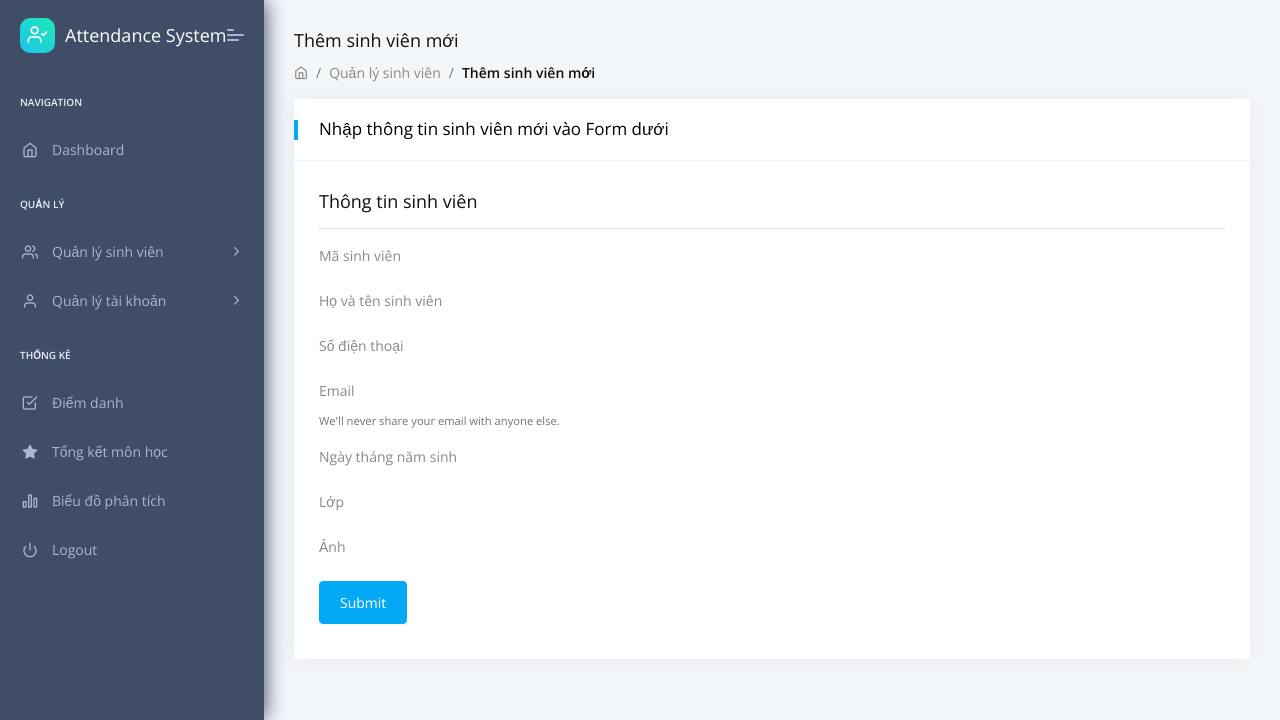
Repository: nguyen-tien-tai12112001/Python_Face_Recognition_Attendance
Page: apps/templates/home/add-student.html
The author's editor kept a copy of each file at every save. The page is drawn from the files as they stood at one save, then again after the next save.
The browser window is 1280 px wide. The pictures show the whole page.
The template is drawn by Flask 3. The application's start-up code is not run. Other server files are loaded and not shown. The template is opened directly, without the code that normally fills it, so the values that code supplies are empty.

Above is the page before, as saved 2022-02-28 11:18:48.

### apps/templates/home/add-student.html
{% extends "layouts/base-admin.html" %}

{% block title %} Add Student {% endblock %}

<!-- Specific CSS goes HERE -->
{% block stylesheets %}{% endblock stylesheets %}

{% block content %}

<div class="pcoded-content">
    <div class="pcoded-inner-content">
        <!-- [ breadcrumb ] start -->
        <div class="page-header">
            <div class="page-block">
                <div class="row align-items-center">
                    <div class="col-md-12">
                        <div class="page-header-title">
                            <h5 class="m-b-10">Thêm sinh viên mới</h5>
                        </div>
                        <ul class="breadcrumb">
                            <li class="breadcrumb-item"><a href="/"><i class="feather icon-home"></i></a></li>
                            <li class="breadcrumb-item"><a href="javascript:">Quản lý sinh viên</a></li>
                            <li class="breadcrumb-item"><a href="javascript:">Thêm sinh viên mới</a></li>
                        </ul>
                    </div>
                </div>
            </div>
        </div>
        <!-- [ breadcrumb ] end -->
        <div class="main-body">
            <div class="page-wrapper">
                <!-- [ Main Content ] start -->
                <div class="row">
                    <div class="col-sm-12">
                        <div class="card">
                            <div class="card-header">
                                <h5>Nhập thông tin sinh viên mới vào Form dưới</h5>
                            </div>
                            <div class="card-body">
                                <h5>Thông tin sinh viên</h5>
                                <hr>
                                {% if success %}
                                <span class="mb-0 text-muted" style="color: mediumspringgreen;">
                                    {% if msg %}
                                    <div class="i-block" data-clipboard-text="feather icon-check" data-filter="feather icon-check"  data-toggle="tooltip" title="">
                                        <a style="color: mediumspringgreen;" class="feather icon-check">{{ msg | safe }}</a>
                                    </div>
                                    {% endif %}
                                </span>
                                {% else %}
                                <span class="mb-0 text-muted" style="color: maroon;">
                                    {% if msg %}
                                    <div class="i-block" data-clipboard-text="feather icon-x" data-filter="feather icon-x"  data-toggle="tooltip" title="">
                                        <a style="color: maroon;" class="feather icon-x">{{ msg | safe }}</a>
                                    </div>
                                    {% endif %}
                                </span>


                                {% endif %}
                                <div class="row">
                                    <div class="col-md-6">

                                        <form role="form" method="post" action="">
                                            {{ form.hidden_tag() }}
                                            <div class="form-group">
                                                <label>Mã sinh viên</label>
                                                {{ form.msv(placeholder="Mã sinh viên", class="form-control") }}

                                            </div>
                                            <div class="form-group">
                                                <label>Họ và tên sinh viên</label>
                                                {{ form.name(placeholder="Họ và tên", class="form-control") }}
                                            </div>
                                            <div class="form-group">
                                                <label>Số điện thoại</label>
                                                {{ form.phone(placeholder="Số điện thoại", class="form-control") }}
                                            </div>
                                            <div class="form-group">
                                                <label for="exampleInputEmail1">Email</label>
                                                {{ form.email(placeholder="Email", class="form-control", type="email") }}
                                                <small id="emailHelp" class="form-text text-muted">We'll never share your email with anyone else.</small>
                                            </div>
                                            <div class="form-group">
                                                <label>Ngày tháng năm sinh</label>
                                                {{ form.DOBs(placeholder="", class="form-control", type="date") }}
                                            </div>

                                            <div class="form-group">
                                                <label for="exampleFormControlSelect1">Lớp</label>
                                                {{ form.classes(placeholder="Lớp", class="form-control", type="role") }}
                                            </div>
                                            <div class="form-group">
                                                <label>Ảnh</label>
                                                {{ form.img(placeholder="Link Ảnh", class="form-control") }}
                                            </div>
                                            <button type="submit" name="add_student" class="btn btn-primary">Submit</button>
                                        </form>

                                    </div>
                                </div>
                            </div>
                        </div>
                    </div>
                </div>
                <!-- [ Main Content ] end -->
            </div>
        </div>
    </div>
</div>

{% endblock content %}

<!-- Specific Page JS goes HERE  -->
{% block javascripts %}{% endblock javascripts %}

### apps/templates/layouts/base-admin.html
<!DOCTYPE html>
<html lang="en">

<head>
    <title>
        Attendance System - {% block title %}{% endblock %}
    </title>
    <!-- HTML5 Shim and Respond.js IE10 support of HTML5 elements and media queries -->
    <!-- WARNING: Respond.js doesn't work if you view the page via file:// -->
    <!--[if lt IE 10]>
		<script src="https://oss.maxcdn.com/libs/html5shiv/3.7.0/html5shiv.js"></script>
		<script src="https://oss.maxcdn.com/libs/respond.js/1.4.2/respond.min.js"></script>
		<![endif]-->
    <!-- Meta -->
    <meta charset="utf-8">
    <meta name="viewport" content="width=device-width, initial-scale=1.0, user-scalable=0, minimal-ui">
    <meta http-equiv="X-UA-Compatible" content="IE=edge" />
    <link rel="canonical" href="https://appseed.us/admin-dashboards/flask-dashboard-dattaable">

    <meta name="description" content="Datta Able Bootstrap admin template made using Bootstrap 4 and it has huge amount of ready made feature, UI components, pages which completely fulfills any dashboard needs." />
    <meta name="keywords" content="admin templates, bootstrap admin templates, bootstrap 4, dashboard, dashboard templets, sass admin templets, html admin templates, responsive, bootstrap admin templates free download,premium bootstrap admin templates, datta able, datta able bootstrap admin template, free admin theme, free dashboard template"/>
    <meta name="author" content="CodedThemes"/>

    <!-- Favicon icon -->
    <link rel="icon" href="/static/assets/images/favicon.ico" type="image/x-icon">
    <!-- fontawesome icon -->
    <link rel="stylesheet" href="/static/assets/fonts/fontawesome/css/fontawesome-all.min.css">
    <!-- animation css -->
    <link rel="stylesheet" href="/static/assets/plugins/animation/css/animate.min.css">
    <!-- vendor css -->
    <link rel="stylesheet" href="/static/assets/css/style.css">

    <!-- Specific CSS goes HERE -->
    {% block stylesheets %}{% endblock stylesheets %}

</head>

<body>

    <!-- [ Pre-loader ] start -->
    <div class="loader-bg">
        <div class="loader-track">
            <div class="loader-fill"></div>
        </div>
    </div>

    <!-- Top Bar -->
    {% include 'includes/navigation.html' %}

    <!-- SideBar -->
    {% include 'includes/sidebar-admin.html' %}

    <div class="pcoded-main-container">
        <div class="pcoded-wrapper">

            {% block content %}{% endblock content %}

        </div>
    </div>

    {% include 'includes/scripts.html' %}

    <!-- Specific Page JS goes HERE  -->
    {% block javascripts %}{% endblock javascripts %}

</body>
</html>

### apps/templates/includes/sidebar-admin.html

    <nav class="pcoded-navbar">
        <div class="navbar-wrapper">
            <div class="navbar-brand header-logo">
                <a target="_blank"
                   href="https://appseed.us/admin-dashboards/flask-datta-able" class="b-brand">
                    <div class="b-bg">
                        <i class="feather icon-user-check"></i>
                    </div>
                    <span class="b-title">Attendance System</span>
                </a>
                <a class="mobile-menu" id="mobile-collapse" href="javascript:"><span></span></a>
            </div>
            <div class="navbar-content scroll-div">
                <ul class="nav pcoded-inner-navbar">
                    <li class="nav-item pcoded-menu-caption">
                        <label>Navigation</label>
                    </li>
                    <li data-username=""
                        class="nav-item {% if 'index' in segment %} active {% endif %}">
                        <a href="/index" class="nav-link "><span class="pcoded-micon"><i class="feather icon-home"></i></span><span class="pcoded-mtext">Dashboard</span></a>
                    </li>
                    <li class="nav-item pcoded-menu-caption">
                        <label>Quản lý</label>
                    </li>
                    <li data-username="" class="nav-item pcoded-hasmenu">
                        <a href="javascript:" class="nav-link "><span class="pcoded-micon"><i class="feather icon-users"></i></span><span class="pcoded-mtext">Quản lý sinh viên</span></a>
                        <ul class="pcoded-submenu">
                            <li class=""><a href="/list-student.html" class="">Danh sách sinh viên</a></li>
                            <li class=""><a href="/add-student.html" class="">Thêm sinh viên mới</a></li>

                        </ul>
                    </li>
                    <li data-username="" class="nav-item pcoded-hasmenu">
                        <a href="javascript:" class="nav-link "><span class="pcoded-micon"><i class="feather icon-user"></i></span><span class="pcoded-mtext">Quản lý tài khoản</span></a>
                        <ul class="pcoded-submenu">
                            <li class=""><a href="/list-user" class="">Danh sách tài khoản</a></li>
                            <li class=""><a href="/register.html" class="">Thêm tài khoản mới</a></li>

                        </ul>
                    </li>
                    <li class="nav-item pcoded-menu-caption">
                        <label>Thống kê</label>
                    </li>
                    <li data-username="Table bootstrap datatable footable"
                        class="nav-item {% if 'attendance_check' in segment %} active {% endif %}">
                        <a href="/attendance_check" class="nav-link "><span class="pcoded-micon"><i class="feather icon-check-square"></i></span><span class="pcoded-mtext">Điểm danh</span></a>
                    </li>

                    <li data-username="Table bootstrap datatable footable"
                        class="nav-item {% if 'summany_study' in segment %} active {% endif %}">
                        <a href="/summany_study" class="nav-link "><span class="pcoded-micon"><i class="feather icon-star-on"></i></span><span class="pcoded-mtext">Tổng kết môn học</span></a>
                    </li>
                    <li data-username="Table bootstrap datatable footable"
                        class="nav-item {% if 'chart_analysis' in segment %} active {% endif %}">
                        <a href="/chart_analysis" class="nav-link "><span class="pcoded-micon"><i class="feather icon-bar-chart-2"></i></span><span class="pcoded-mtext">Biểu đồ phân tích</span></a>
                    </li>
                    <li data-username="Disabled Menu" class="nav-item">
                        <a href="{{ url_for('authentication_blueprint.logout') }}" class="nav-link">
                            <span class="pcoded-micon"><i class="feather icon-power"></i></span><span class="pcoded-mtext">Logout</span>
                        </a>
                    </li>
                </ul>
            </div>
        </div>
    </nav>

Loaded but not shown: apps/templates/includes/navigation.html (common file); apps/templates/includes/scripts.html (common file); apps/static/assets/fonts/fontawesome/css/fontawesome-all.min.css (library); apps/static/assets/plugins/animation/css/animate.min.css (library); apps/static/assets/css/style.css (library); apps/static/assets/js/vendor-all.min.js (library); apps/static/assets/plugins/bootstrap/js/bootstrap.min.js (library); apps/static/assets/js/pcoded.min.js (library); apps/static/assets/plugins/bootstrap/css/bootstrap.min.css (library); apps/static/assets/fonts/feather/css/feather.css (common file); apps/static/assets/plugins/jquery-scrollbar/css/jquery.scrollbar.min.css (common file); apps/static/assets/fonts/datta/datta-icon.css (common file)

After the next save:
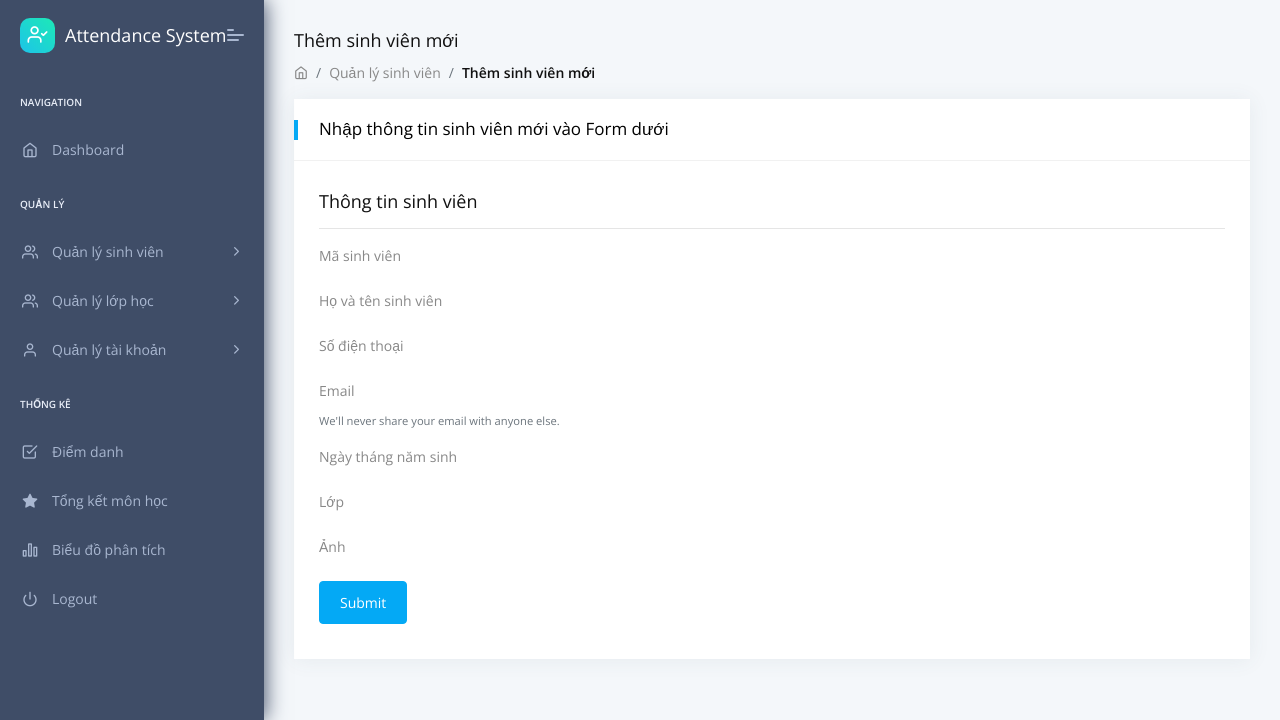
Saved 23 s later.
--- a/apps/templates/includes/sidebar-admin.html
+++ b/apps/templates/includes/sidebar-admin.html
@@ -31,6 +31,18 @@
 
                         </ul>
                     </li>
+
+                    <li data-username="" class="nav-item pcoded-hasmenu">
+                        <a href="javascript:" class="nav-link "><span class="pcoded-micon"><i class="feather icon-users"></i></span><span class="pcoded-mtext">Quản lý lớp học</span></a>
+                        <ul class="pcoded-submenu">
+                            <li class=""><a href="/list-student.html" class="">Danh sách sinh viên</a></li>
+                            <li class=""><a href="/add-student.html" class="">Thêm sinh viên mới</a></li>
+
+                        </ul>
+                    </li>
+
+
+
                     <li data-username="" class="nav-item pcoded-hasmenu">
                         <a href="javascript:" class="nav-link "><span class="pcoded-micon"><i class="feather icon-user"></i></span><span class="pcoded-mtext">Quản lý tài khoản</span></a>
                         <ul class="pcoded-submenu">
